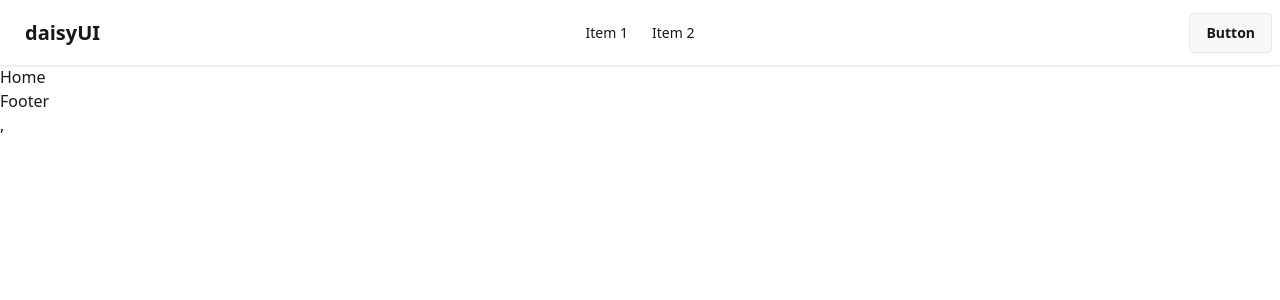
Repository: SanjidaSnigdha/Boipoka-Book-Vibe-Project
Page: /
The author's editor kept a copy of each file at every save. The page is drawn from the files as they stood at one save, then again after the next save.
The browser window is 1280 px wide. The pictures show the whole page.
The project was rebuilt for these pictures with package versions that can differ from the ones it lists, and the page was loaded fresh each time. Also part of the build but not shown: vite.config.js, src/App.css, src/App.jsx, src/Pages/Root/ErrorPage/ErrorPage.jsx.

Above is the page before, as saved 2026-05-12 11:00:35.

After the next save:
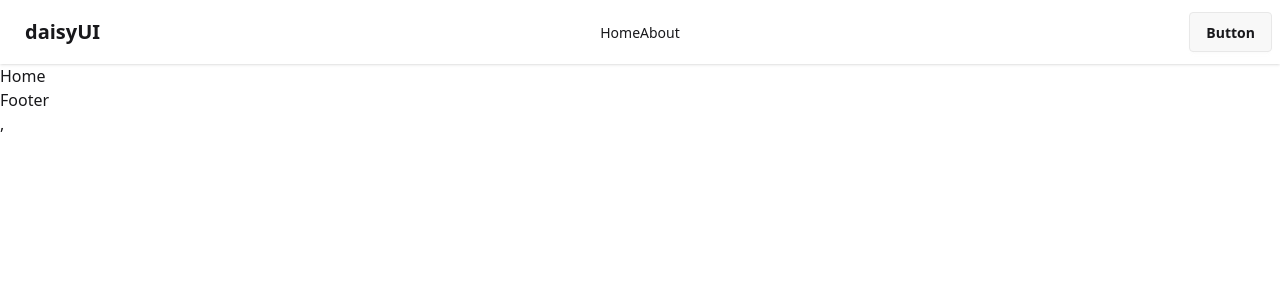
Saved 29 s later.
--- a/src/Components/Header/Navbar/Navbar.jsx
+++ b/src/Components/Header/Navbar/Navbar.jsx
@@ -22,8 +22,7 @@ const Navbar = () => {
   </div>
   <div className="navbar-center hidden lg:flex">
     <ul className="menu menu-horizontal px-1">
-      <li><a>Item 1</a></li>
-      <li><a>Item 2</a></li>
+      {links}
     </ul>
   </div>
   <div className="navbar-end">
